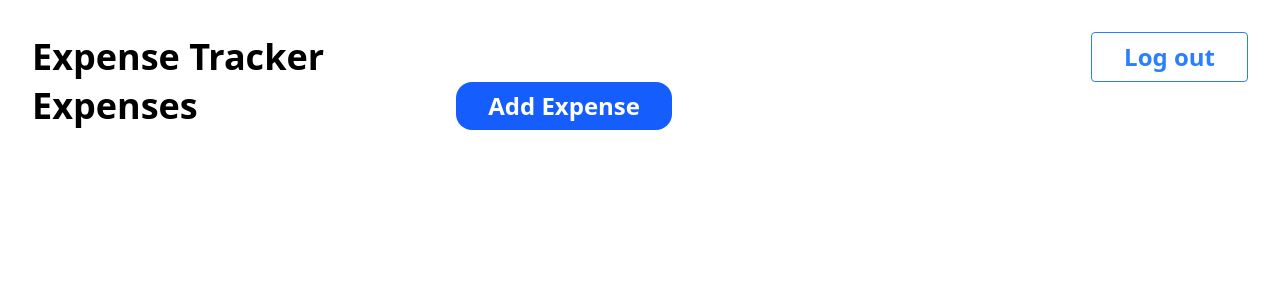
Repository: Syed-Mohsin-Ali786/frontend-expense-tracker
Page: /
The author's editor kept a copy of each file at every save. The page is drawn from the files as they stood at one save, then again after the next save.
The browser window is 1280 px wide. The pictures show the whole page.
The project was rebuilt for these pictures with package versions that can differ from the ones it lists, and the page was loaded fresh each time.

Above is the page before, as saved 2025-09-28 14:08:38.

### src/App.tsx
import "./App.css";

function App() {
  return (
    <div className=" mt-4 mx-4 p-4">
      {/* Header */}
      <header className="flex items-center justify-between">
        <h1 className="text-4xl  font-semibold">Expense Tracker</h1>
        <button className=" border border-blue-500 py-2 px-3 md:px-6 lg:px-8 rounded font-semibold text-blue-500 text-2xl ">
          Log out
        </button>
      </header>

      {/* The main page */}
      <section>
        {/* Expenses */}
        <div className="flex flex-col w-[50vw] justify-between">
          <div className="flex justify-between items-center">
          <h1 className="text-4xl  font-semibold">Expenses</h1>
          <button className=" bg-blue-600  py-2 px-3 md:px-6 lg:px-8 rounded-2xl font-semibold text-[#ffff] text-2xl ">
            Add Expense
          </button>
          </div>
          <input type="text" />
        </div>
        {/* Charts */}
        <div></div>
      </section>
    </div>
  );
}

export default App;

Loaded but not shown: index.html (common file); src/main.tsx (common file); src/App.css (common file)

After the next save:
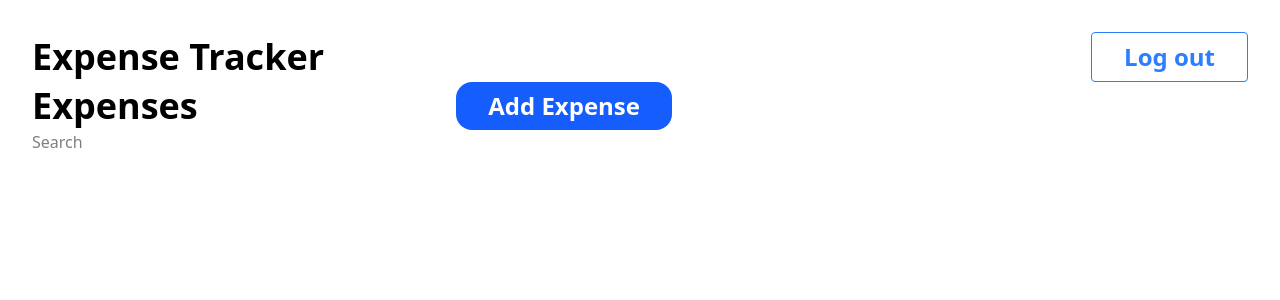
Saved 29 s later.
--- a/src/App.tsx
+++ b/src/App.tsx
@@ -15,13 +15,13 @@ function App() {
       <section>
         {/* Expenses */}
         <div className="flex flex-col w-[50vw] justify-between">
-          <div className="flex justify-between items-center">
+          <div className="flex justify-between items-center ">
           <h1 className="text-4xl  font-semibold">Expenses</h1>
           <button className=" bg-blue-600  py-2 px-3 md:px-6 lg:px-8 rounded-2xl font-semibold text-[#ffff] text-2xl ">
             Add Expense
           </button>
           </div>
-          <input type="text" />
+          <input type="text" placeholder="Search" />
         </div>
         {/* Charts */}
         <div></div>
